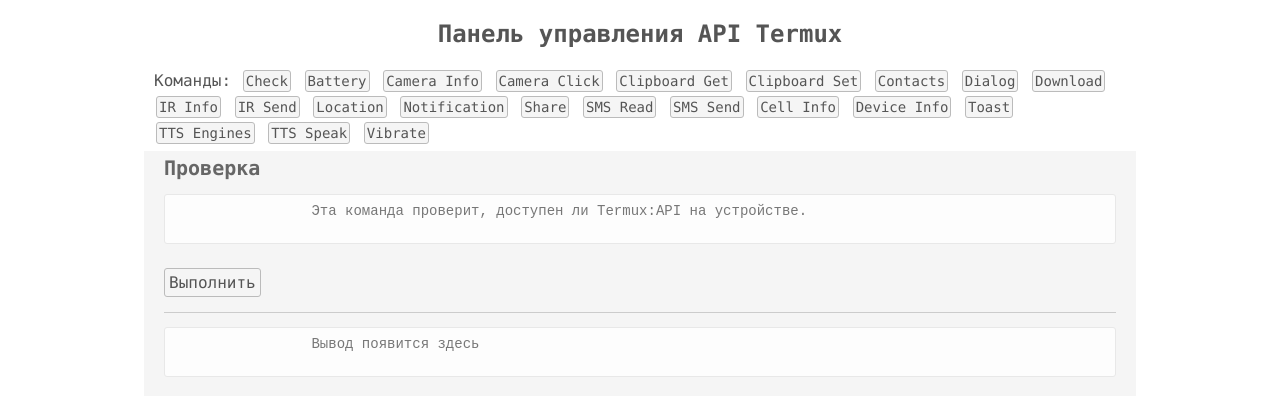
Repository: easy-quest/PHP-Termux-API
Page: http://localhost/
An editor plug-in stored every save of this project. The page is shown before and after the next save, followed by the edit.
The browser window is 1280 px wide. The pictures show the whole page.
The page is run by PHP 8.4 with error messages shown; the project is at /var/www/html/.

Above is the page before, as saved 2021-12-02 02:22:56.

After the next save:
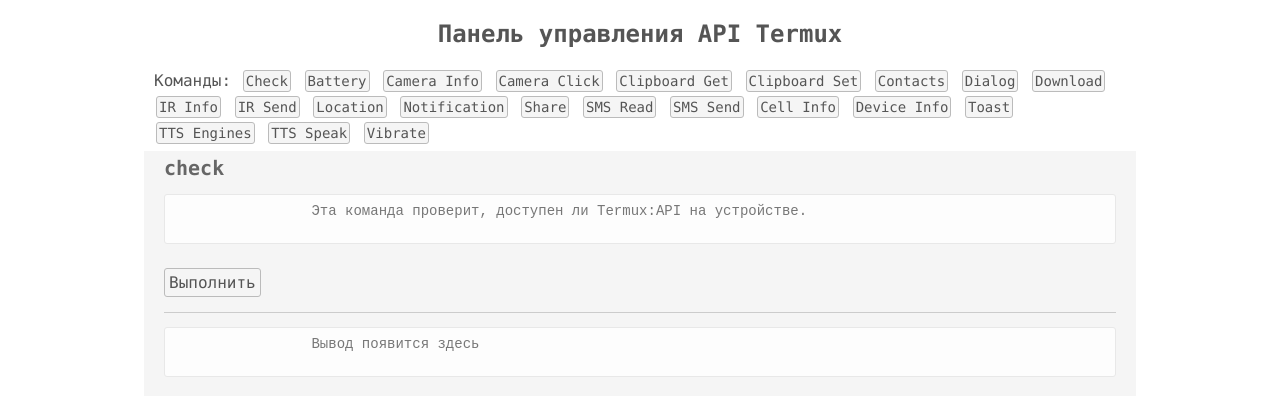
Saved 28 min 10 s later.
--- a/index.php
+++ b/index.php
@@ -172,7 +172,7 @@
         <script>
             var api = {
                 0: {
-                    command: "Проверка",
+                    command: "check",
                     doc: "Эта команда проверит, доступен ли Termux:API на устройстве.",
                     sampleParam: ""
                 },
